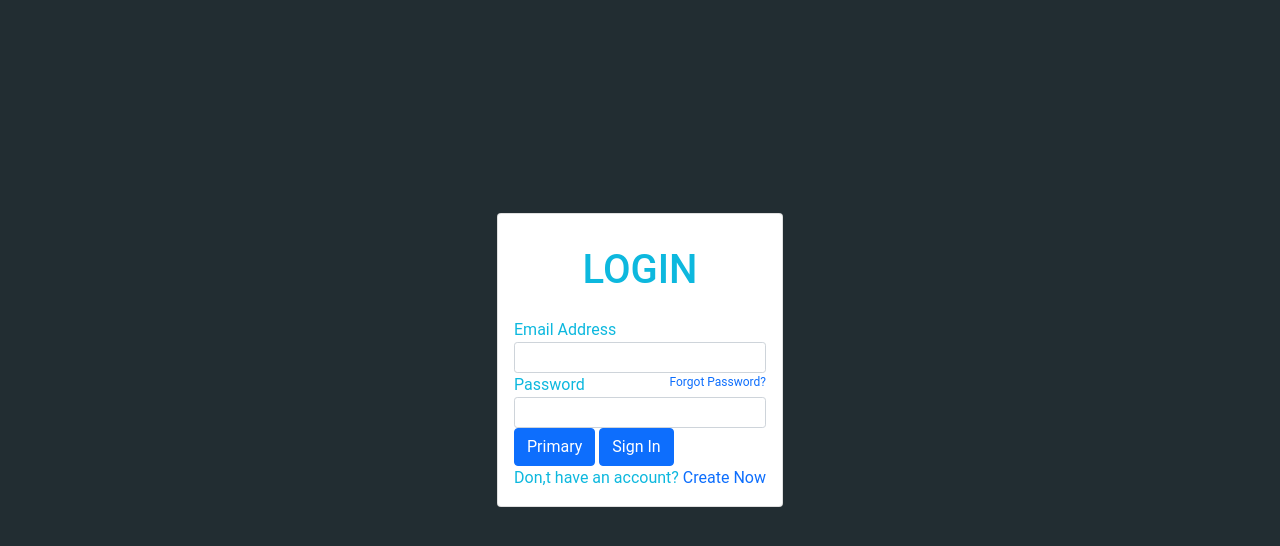
Repository: zjria/Bootstrap_logIn_1
Page: LoginPage/index.html
An editor plug-in stored every save of this project. The page is shown before and after the next save, followed by the edit.
The browser window is 1280 px wide. The pictures show the whole page.

Above is the page before, as saved 2022-06-14 11:30:06.

After the next save:
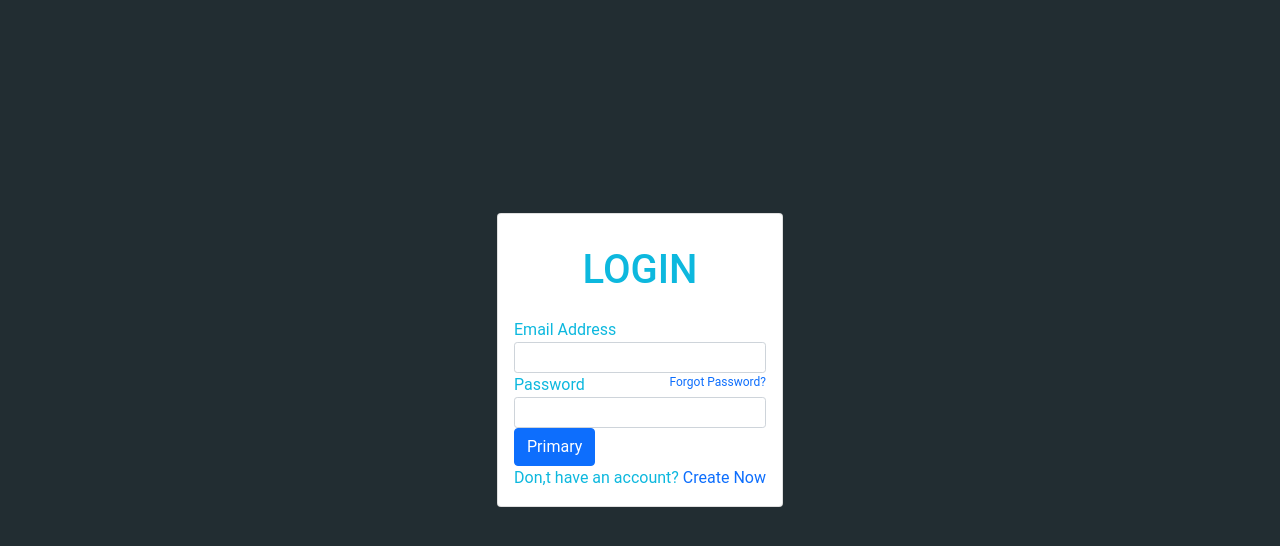
Saved 11 s later.
--- a/LoginPage/index.html
+++ b/LoginPage/index.html
@@ -37,7 +37,7 @@
 
                         <button type="submit" class="btn btn-primary btn-block">Primary</button>
 
-                        <button type="submit" class="btn btn-primary ">Sign In</button>
+                        <!-- <button type="submit" class="btn btn-primary ">Sign In</button> -->
 
                         <div class="singUp">Don,t have an account? <a href="#" class="text-decoration-none">Create Now</a></div>
                     </form>
